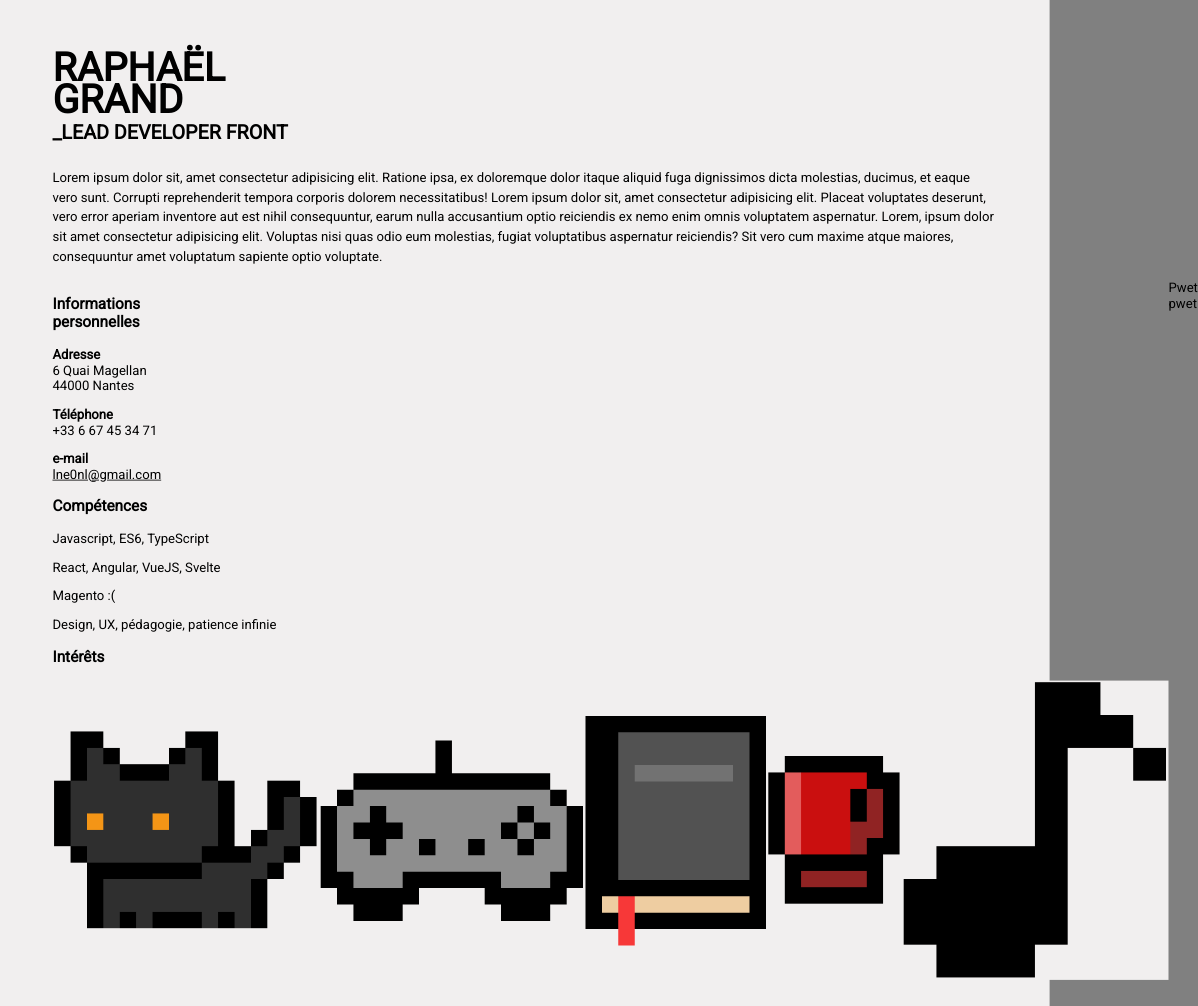
Repository: lne0nl/resume
Page: index.html
These files come from the project's save history. The page is drawn as it stood at one moment and after the next save; the edit follows.
The browser window is 1280 px wide. The page is 1461 px wide, then 1280 px, so the pictures cover 1461 px, including what lies to the right of the window. The pictures show the whole page, at 82% of full size.

Above is the page before, as saved 2021-12-10 11:08:59.

After the next save:
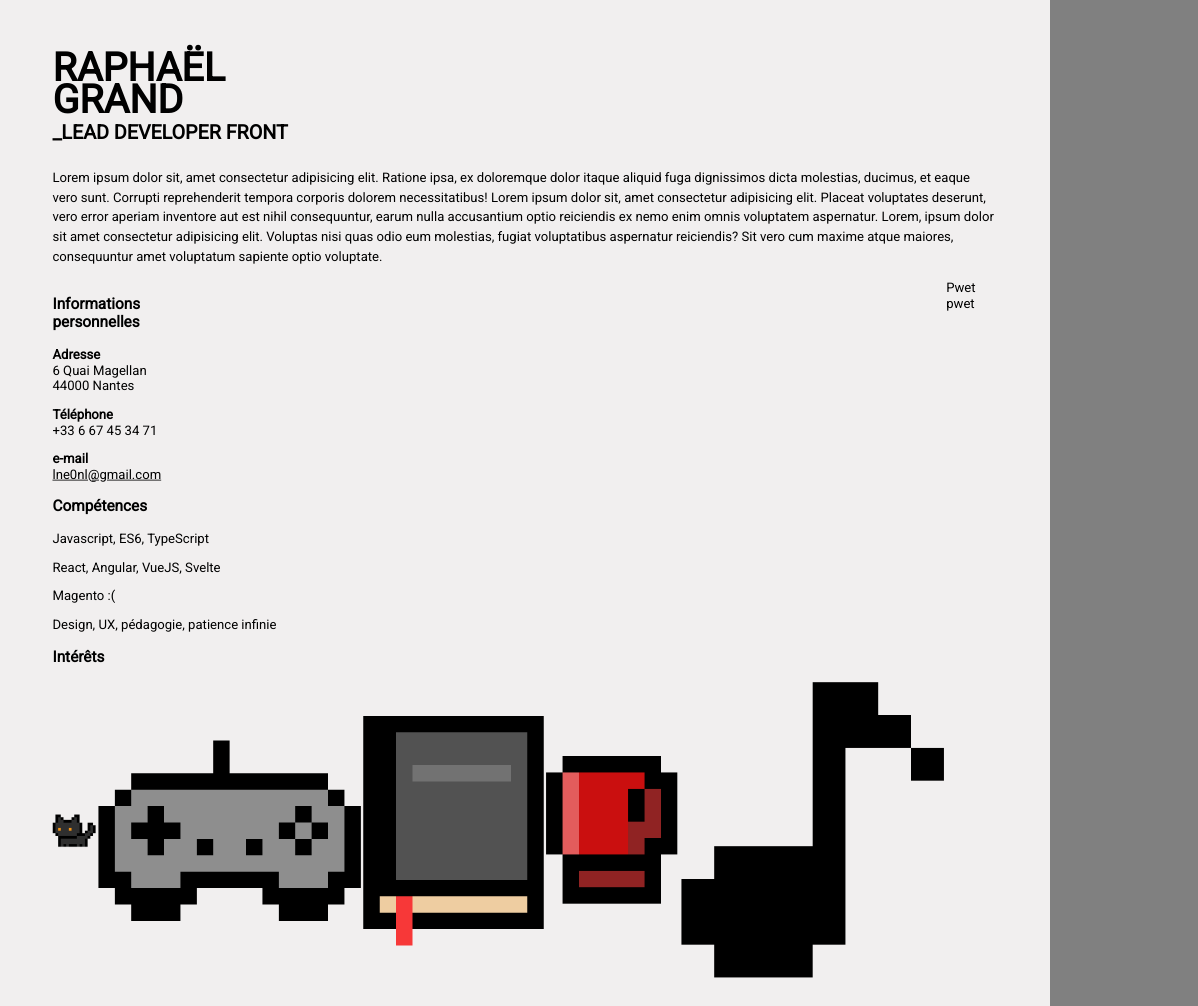
Saved 6 s later.
--- a/style.css
+++ b/style.css
@@ -68,3 +68,7 @@ li {
 .interests img {
   margin-bottom: 0;
 }
+
+.cat {
+  height: 40px;
+}
